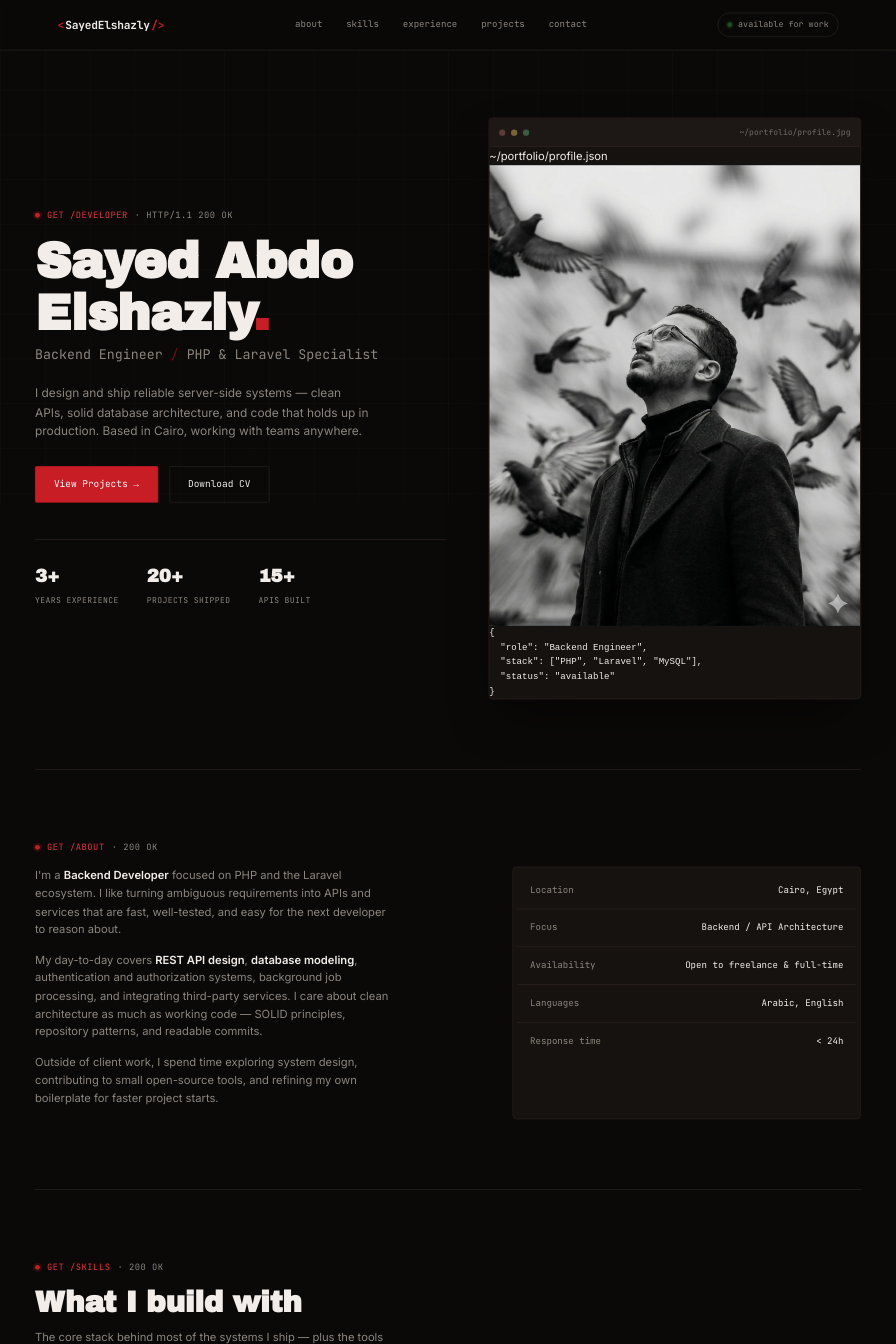
Repository: sayedelshazly/Portfolio.SE
Page: index.html
An editor plug-in stored every save of this project. The page is shown before and after a run of saves, followed by the edit.
The browser window is 1280 px wide. The pictures show the part of the page from y = 0 to 1920 px (the page is 5098 px tall before and 4972 px after), at 70% of full size.

Above is the page before, as saved 2026-10-03 13:54:43.
Console error: SyntaxError: Unexpected token '<'

After the next 2 saves:
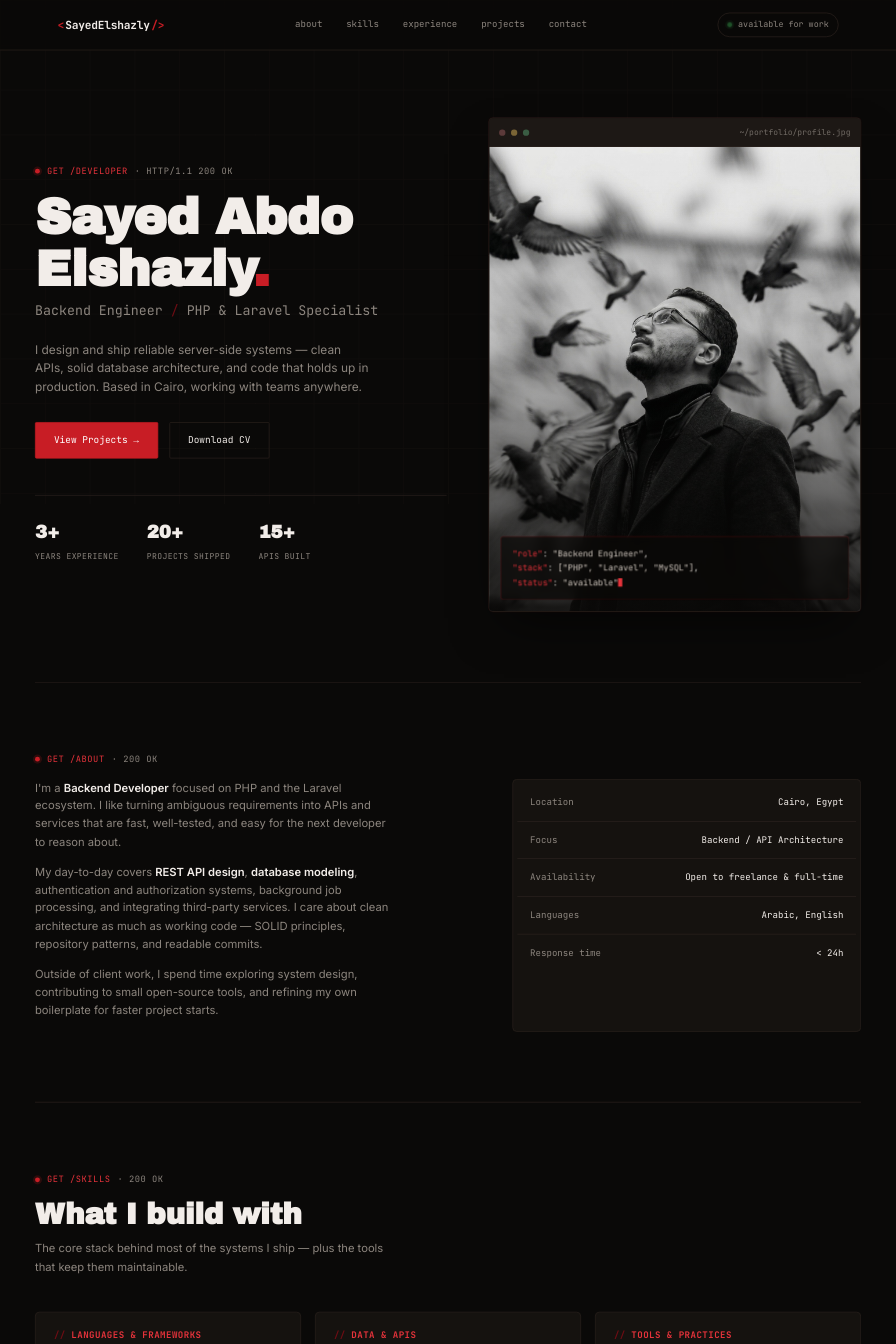
The 2 saves are shown as one change because they came seconds apart.
The last was saved 4 s later.
--- a/index.html
+++ b/index.html
@@ -56,30 +56,13 @@
           <span class="tdot"></span><span class="tdot"></span><span class="tdot"></span>
           <span class="tpath">~/portfolio/profile.jpg</span>
         </div>
-        <div class="term-photo-card">
-          <!-- شريط نافذة المطور العلوية -->
-          <div class="term-header">
-            <div class="term-dots">
-              <span class="dot red"></span>
-              <span class="dot yellow"></span>
-              <span class="dot green"></span>
-            </div>
-            <span class="term-path">~/portfolio/profile.json</span>
-          </div>
-
-          <!-- حاوية الصورة -->
-          <div class="image-wrapper">
-            <img src="./portrait2.jpeg" alt="Sayed Abdo - Backend Engineer">
-            <div class="scanline"></div>
-          </div>
-
-          <!-- صندوق الـ JSON المحسن -->
-          <div class="term-json-body">
-            <pre><code><span class="brace">{</span>
-  <span class="k">"role"</span>: <span class="s">"Backend Engineer"</span>,
-  <span class="k">"stack"</span>: <span class="arr">[</span><span class="str">"PHP"</span>, <span class="str">"Laravel"</span>, <span class="str">"MySQL"</span><span class="arr">]</span>,
-  <span class="k">"status"</span>: <span class="badge-available">"available"</span>
-<span class="brace">}</span></code></pre>
+        <div class="term-photo">
+          <img src="./portrait2.jpeg" alt="Portrait of YOUR NAME, backend engineer">
+          <div class="scan"></div>
+          <div class="term-json">
+            <span class="k">"role"</span>: <span class="s">"Backend Engineer"</span>,<br>
+            <span class="k">"stack"</span>: <span class="s">["PHP", "Laravel", "MySQL"]</span>,<br>
+            <span class="k">"status"</span>: <span class="s">"available"</span><span class="cursor"></span>
           </div>
         </div>
       </div>
